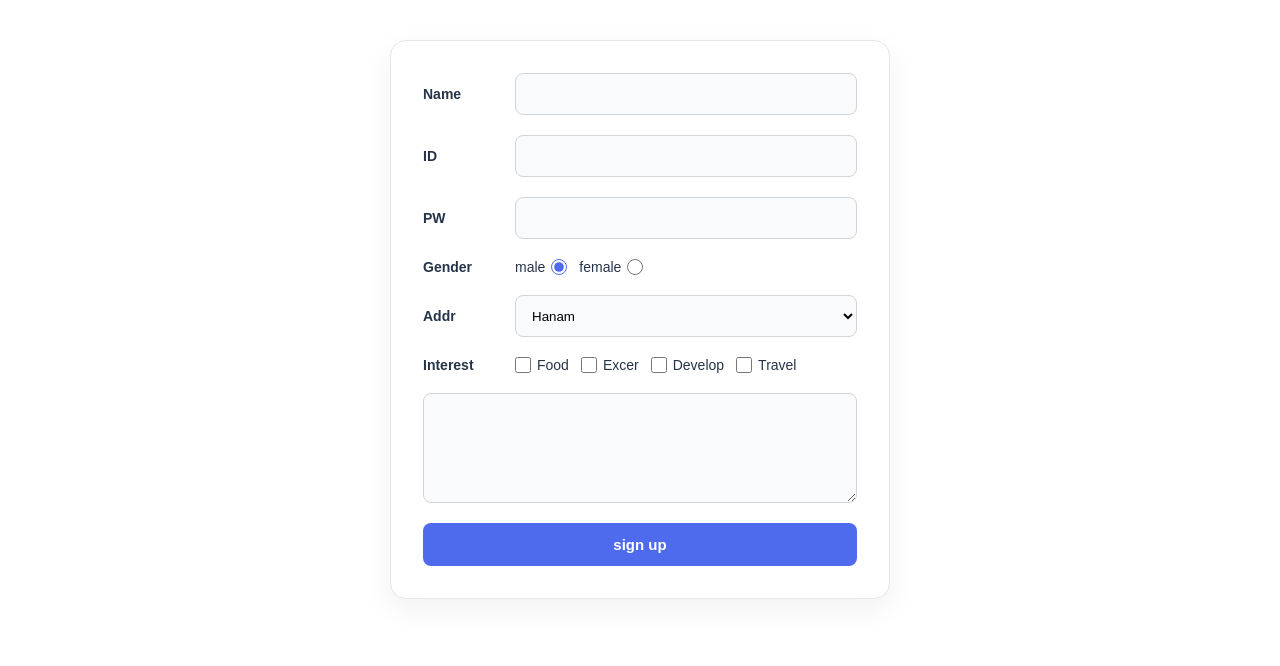
Repository: 9re9ori0426/Bootcamp
Page: webws/03_InputOutput/src/main/webapp/reg.html
An editor plug-in stored every save of this project. The page is shown before and after the next save, followed by the edit.
The browser window is 1280 px wide. The pictures show the whole page.

Above is the page before, as saved 2026-10-20 08:05:54.

After the next save:
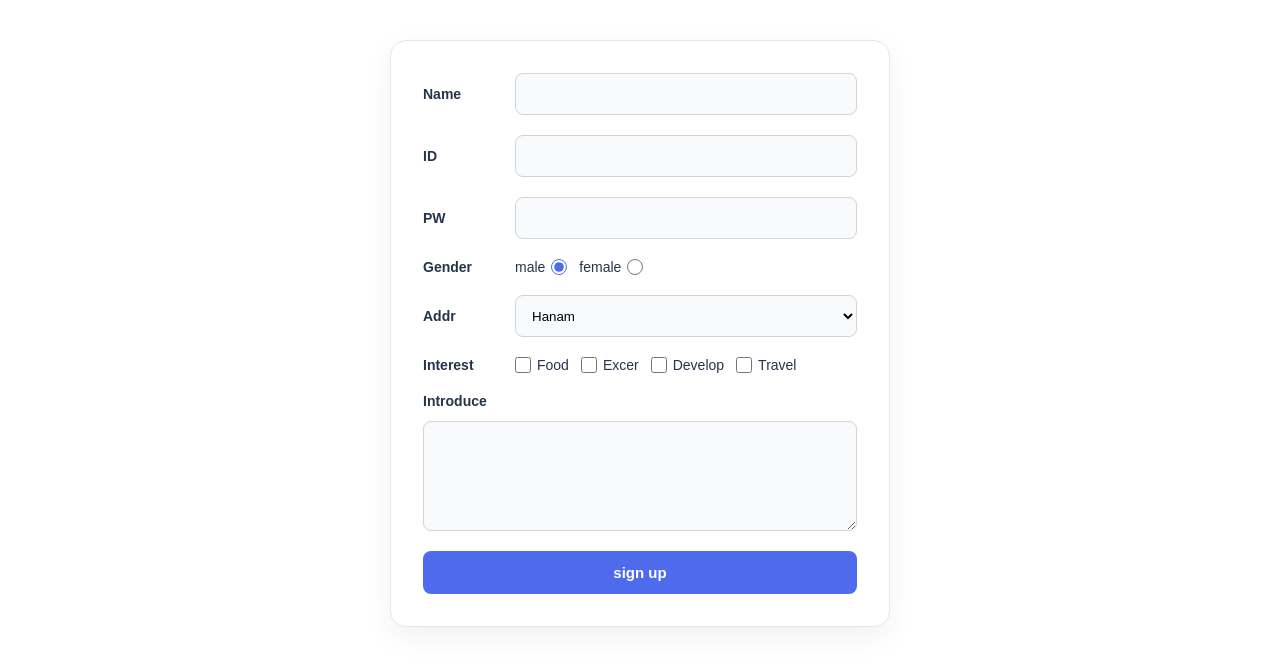
Saved 81 s later.
--- a/webws/03_InputOutput/src/main/webapp/reg.html
+++ b/webws/03_InputOutput/src/main/webapp/reg.html
@@ -42,6 +42,7 @@
 			<label><input type="checkbox">Travel</label>
 		</div>
 		<div class="signup-row">
+			<div>Introduce</div>
 			<textarea></textarea>
 		</div>
 
